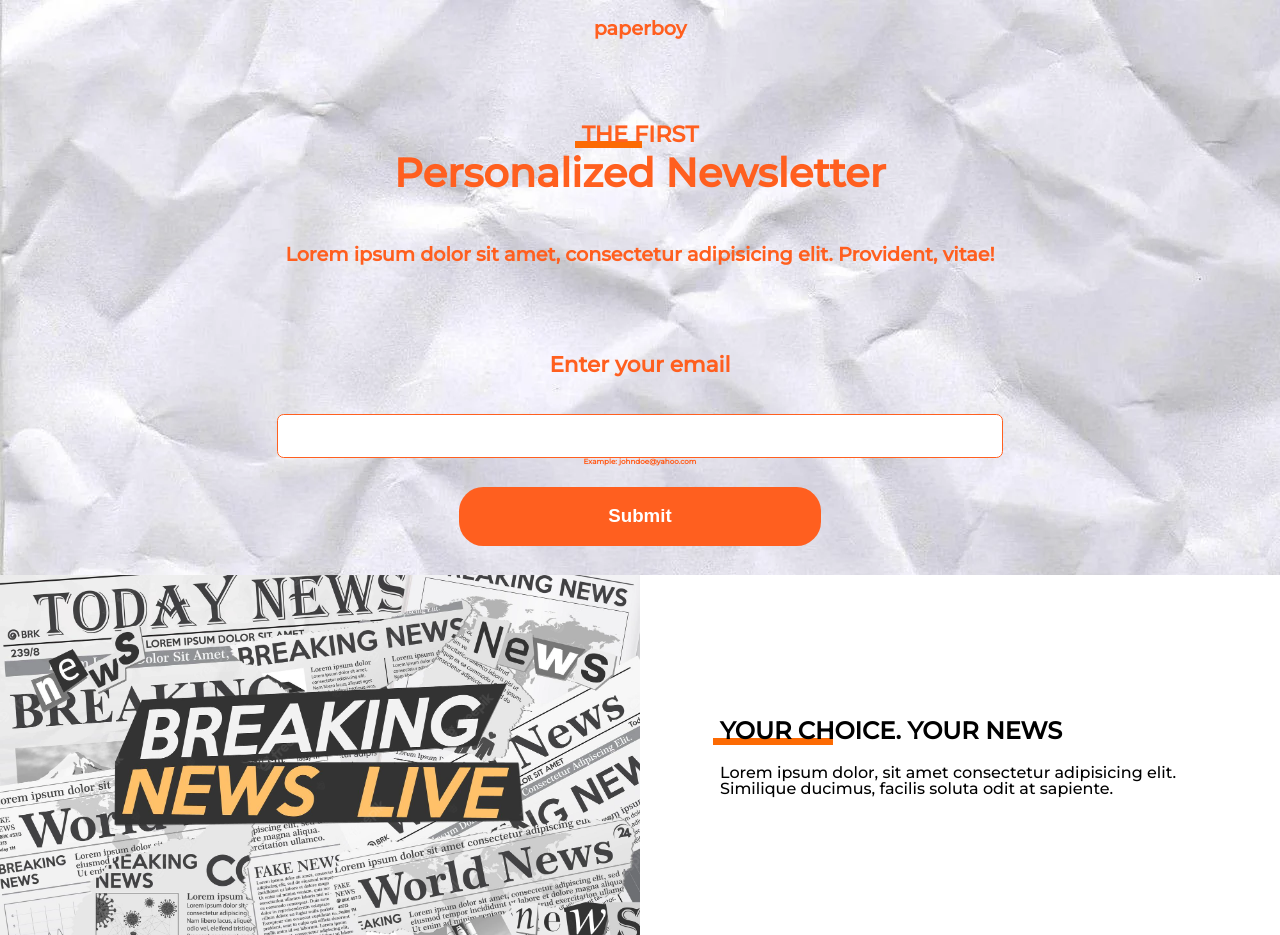
Repository: Gionnn/proiecte
Page: index.html
An editor plug-in stored every save of this project. The page is shown before and after a run of saves, followed by the edit.
The browser window is 1280 px wide. The pictures show the whole page.

Above is the page before, as saved 2022-11-28 14:52:18.

After the next 2 saves:
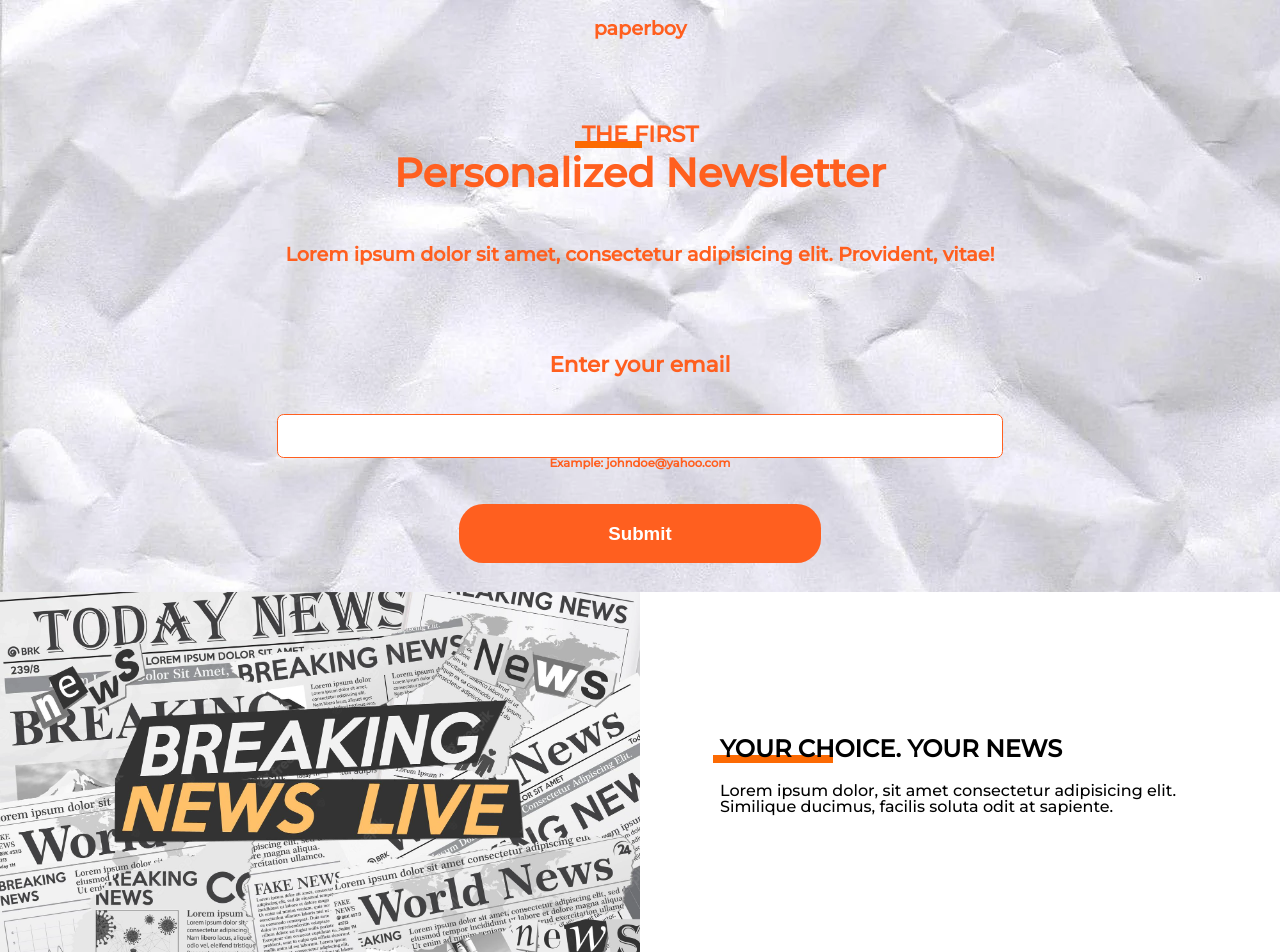
The 2 saves are shown as one change because they came seconds apart.
The last was saved 6 s later.
--- a/css/main.css
+++ b/css/main.css
@@ -79,7 +79,7 @@ input[type="text"] {
   margin-top: 0.3em;
 }
 .form-container p {
-  font-size: 0.5em;
+  font-size: 0.8em;
 }
 input[type="button"] {
   background-color: #ff5f1f;
